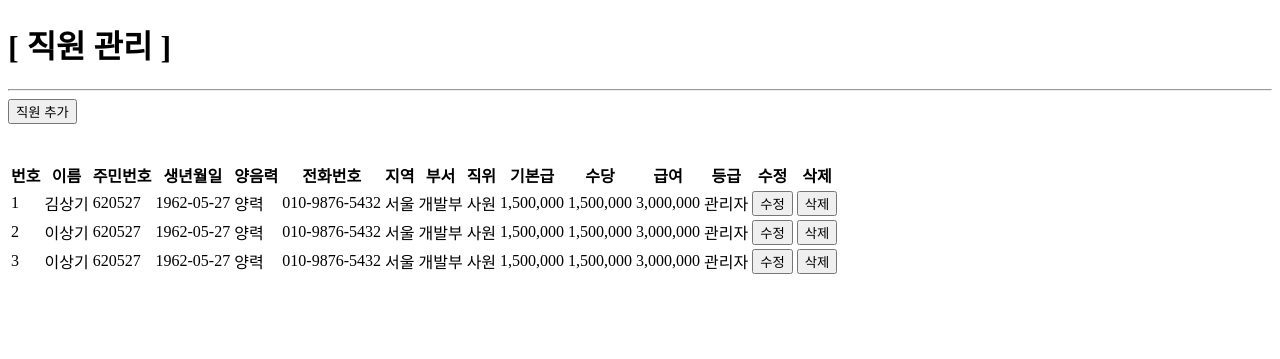
Repository: Umkimisstrong/UM_SpringMVCStudy
Page: http://localhost/mvc04/EmployeeList.jsp
The author's editor kept a copy of each file at every save. The page is drawn from the files as they stood at one save, then again after the next save.
The browser window is 1280 px wide. The pictures show the whole page.
The page is served by Tomcat 9.

Above is the page before, as saved 2022-05-27 01:36:21.

### mvc04/WebContent/EmployeeList.jsp
<%@ page contentType="text/html; charset=UTF-8"%>
<%@ taglib prefix="c" uri="http://java.sun.com/jsp/jstl/core"%>
<%
	request.setCharacterEncoding("UTF-8");
	String cp = request.getContextPath();
%>
<!DOCTYPE html>
<html>
<head>
<meta charset="UTF-8">
<title>EmployeeList.jsp</title>
<link rel="stylesheet" type="text/css" href="<%=cp %>/css/menustyle.css">
</head>
<body>

<!---------------------------------------------------
	#15 EmployeeList.jsp
	- 직원 리스트 출력 페이지
	- 관리자가 접근하는 직원 데이터 출력 페이지
	  (일반 직원이 접근하는 직원 데이터 출력페이지는
	   EmpList.jsp로 구성 예정)
 ---------------------------------------------------->
<div>
	<!-- 메뉴 영역 -->
	<div>
	</div>

	<!-- 콘텐츠 영역 -->
	<div id="content">
		<h1>[ 직원 관리 ]</h1>
		<hr />

		<div>
			<form action="">
				<input type="button" value="직원 추가" class="btn" onclick="" />
			</form>
		</div>
		<br />
		<br />
	<!-- ---------------------------------------------------
	EMPLOYEEID NAME SSN BIRTHDAY LUNAR LUNARNAME TELEPHONE
	DEPARTMENTID DEPARTMENTNAME POSITIONID POSITIONNAME
	REGIONID REGIONNAME BASICPAY EXTRAPAY PAY GRADE
	----------------------------------------------------  -->
	<table id="customers" class="table">
		<tr>
			<!-- 항목 15EA -->
			<th>번호</th>
			<th>이름</th>
			<th>주민번호</th>
			<th>생년월일</th>
			<th>양음력</th>
			<th>전화번호</th>
			<th>지역</th>
			<th>부서</th>
			<th>직위</th>
			<th>기본급</th>
			<th>수당</th>
			<th>급여</th>
			<th>등급</th>
			<th>수정</th>
			<th>삭제</th>
		</tr>

		<tr>
			<td>1</td>
			<td>김상기</td>
			<td>620527</td>
			<td>1962-05-27</td>
			<td>양력</td>
			<td>010-9876-5432</td>
			<td>서울</td>
			<td>개발부</td>
			<td>사원</td>
			<td>1,500,000</td>
			<td>1,500,000</td>
			<td>3,000,000</td>
			<td>관리자</td>
			<td><button type="button" class="btn">수정</button></td>
			<td><button type="button" class="btn">삭제</button></td>
		</tr>
		<tr>
			<td>2</td>
			<td>이상기</td>
			<td>620527</td>
			<td>1962-05-27</td>
			<td>양력</td>
			<td>010-9876-5432</td>
			<td>서울</td>
			<td>개발부</td>
			<td>사원</td>
			<td>1,500,000</td>
			<td>1,500,000</td>
			<td>3,000,000</td>
			<td>관리자</td>
			<td><button type="button" class="btn">수정</button></td>
			<td><button type="button" class="btn">삭제</button></td>
		</tr>
		<tr>
			<td>3</td>
			<td>이상기</td>
			<td>620527</td>
			<td>1962-05-27</td>
			<td>양력</td>
			<td>010-9876-5432</td>
			<td>서울</td>
			<td>개발부</td>
			<td>사원</td>
			<td>1,500,000</td>
			<td>1,500,000</td>
			<td>3,000,000</td>
			<td>관리자</td>
			<td><button type="button" class="btn">수정</button></td>
			<td><button type="button" class="btn">삭제</button></td>
		</tr>



	</table>



	</div>

	<!-- 회사 소개 및 어플리케이션 소개 영역 -->
	<div id="footer">

	</div>






</div>





</body>
</html>

### mvc04/WebContent/css/menuStyle.css
@charset "UTF-8";

/* ========================
    #14. menuStyle.css
    - 메뉴스타일 구성
======================== */

ul
{
	list-style-type: none;
	margin: 0;
	padding: 0;
	overflow: hidden;
}

li
{
	width: 20%;
	float: left;
}

a.menu:link, a.menu:visited
{
	display: block;
	font-weight: bold;
	color: #ffffff;
	background-color: #008000;
	text-align: center;
	padding: 4px;
	text-decoration: none;
	text-transform: uppercase;
	height: 30px;
	font-size: 14pt;
}

a.menu:hover, a.menu:active
{
	background-color: #ffffff;
	color: #008000;
	border: 2px solid #008000;
	border-radius: 5px;
	height: 26px;
}

After the next save:
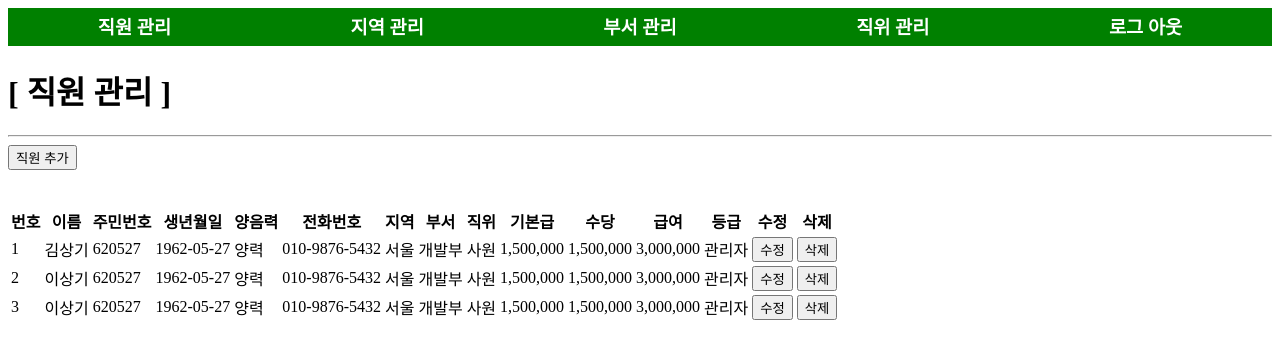
Saved 33 s later.
--- a/mvc04/WebContent/EmployeeList.jsp
+++ b/mvc04/WebContent/EmployeeList.jsp
@@ -20,9 +20,32 @@
 	  (일반 직원이 접근하는 직원 데이터 출력페이지는
 	   EmpList.jsp로 구성 예정)
  ---------------------------------------------------->
+
+
 <div>
 	<!-- 메뉴 영역 -->
-	<div>
+	<div id="menu">
+		<ul>
+			<li>
+				<a href="" class="menu">직원 관리</a>
+			</li>
+
+			<li>
+				<a href="" class="menu">지역 관리</a>
+			</li>
+
+			<li>
+				<a href="" class="menu">부서 관리</a>
+			</li>
+
+			<li>
+				<a href="" class="menu">직위 관리</a>
+			</li>
+
+			<li>
+				<a href="" class="menu">로그 아웃</a>
+			</li>
+		</ul>
 	</div>
 
 	<!-- 콘텐츠 영역 -->
